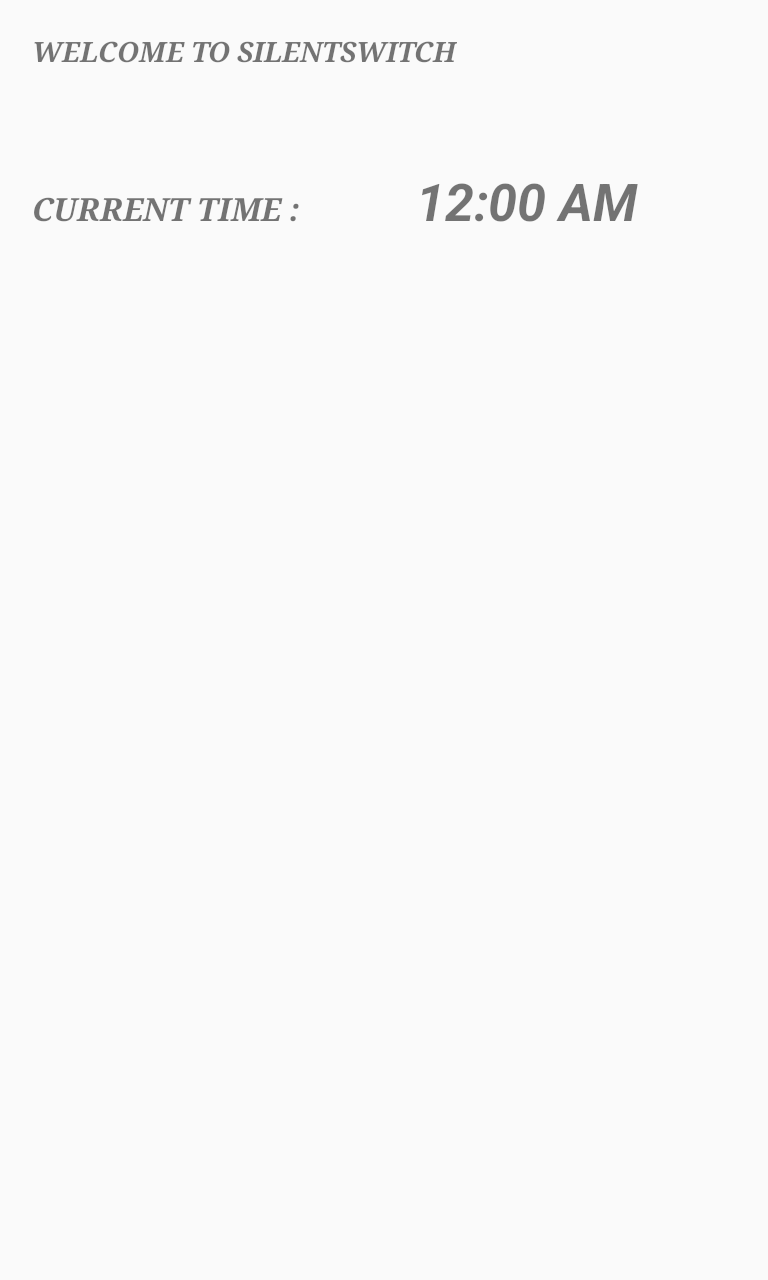
Repository: karakor/SilentSwitch2
Layout: SilentSwitch/res/layout/activity_alarm.xml
The author's editor kept a copy of each file at every save. The layout is drawn from the files as they stood at one save, then again after the next save.
It is drawn on a 768 x 1280 px phone screen (xhdpi) without system bars, with theme AppTheme; the app's code is not run. The app's manifest (not shown) leaves right-to-left support off. So textAlignment, textDirection and layoutDirection are ignored, and left and right values win over start and end ones.

Above is the layout before, as saved 2015-03-02 11:01:52.

### SilentSwitch/res/layout/activity_alarm.xml
<RelativeLayout xmlns:android="http://schemas.android.com/apk/res/android"
    xmlns:tools="http://schemas.android.com/tools"
    android:layout_width="match_parent"
    android:layout_height="match_parent"
    android:paddingBottom="@dimen/activity_vertical_margin"
    android:paddingLeft="@dimen/activity_horizontal_margin"
    android:paddingRight="@dimen/activity_horizontal_margin"
    android:paddingTop="@dimen/activity_vertical_margin"
    tools:context="com.example.silentswitch.AlarmScreen" >

    <TextView
        android:id="@+id/textView1"
        android:layout_width="wrap_content"
        android:layout_height="wrap_content"
        android:text="@string/hello_world"
        android:textStyle="bold|italic"
        android:typeface="serif"  />

    <TextView
        android:id="@+id/current_time"
        android:layout_width="wrap_content"
        android:layout_height="wrap_content"
        android:layout_alignBaseline="@+id/digitalClock1"
        android:layout_alignBottom="@+id/digitalClock1"
        android:layout_alignLeft="@+id/textView1"
        android:text="@string/current_txt"
        android:textAppearance="?android:attr/textAppearanceSmall"
        android:textSize="16sp"
        android:textStyle="bold|italic"
        android:typeface="serif" />

    <DigitalClock
        android:id="@+id/digitalClock1"
        android:layout_width="wrap_content"
        android:layout_height="wrap_content"
        android:layout_alignParentRight="true"
        android:layout_below="@+id/textView1"
        android:layout_marginTop="48dp"
        android:digits="8"
        android:text="@string/digital_clc"
        android:textAlignment="center"
        android:textStyle="bold|italic"
        android:textSize="26sp"
        android:width="160dp" />

</RelativeLayout>

### SilentSwitch/res/values/strings.xml
<?xml version="1.0" encoding="utf-8"?>
<resources>

    <string name="app_name">SilentSwitch</string>
    <string name="hello_world">WELCOME TO SILENTSWITCH</string>
    <string name="action_settings">Settings</string>
    <string name="Alarm_btn">ALARM</string>
    <string name="Map_btn">MAP</string>
    <string name="title_activity_map__screen">Map_Screen</string>
    <string name="btn_City">City</string>
    <string name="str_rb_normal">Normal</string>
    <string name="str_rb_satellite">Satellite</string>
    <string name="menu_settings">Settings</string>
    <string name="str_rb_terrain">Terrain</string>
    <string name="title_activity_alarm_screen">AlarmScreen</string>
    <string name="digital_clc"/>
    <string name="current_txt">CURRENT TIME : </string>

</resources>

Loaded but not shown: SilentSwitch/res/values/styles.xml (common file); SilentSwitch/res/values-v11/styles.xml (common file); SilentSwitch/res/values-v14/styles.xml (common file); SilentSwitch/res/values/dimens.xml (common file); SilentSwitch/res/values-w820dp/dimens.xml (common file)

After the next save:
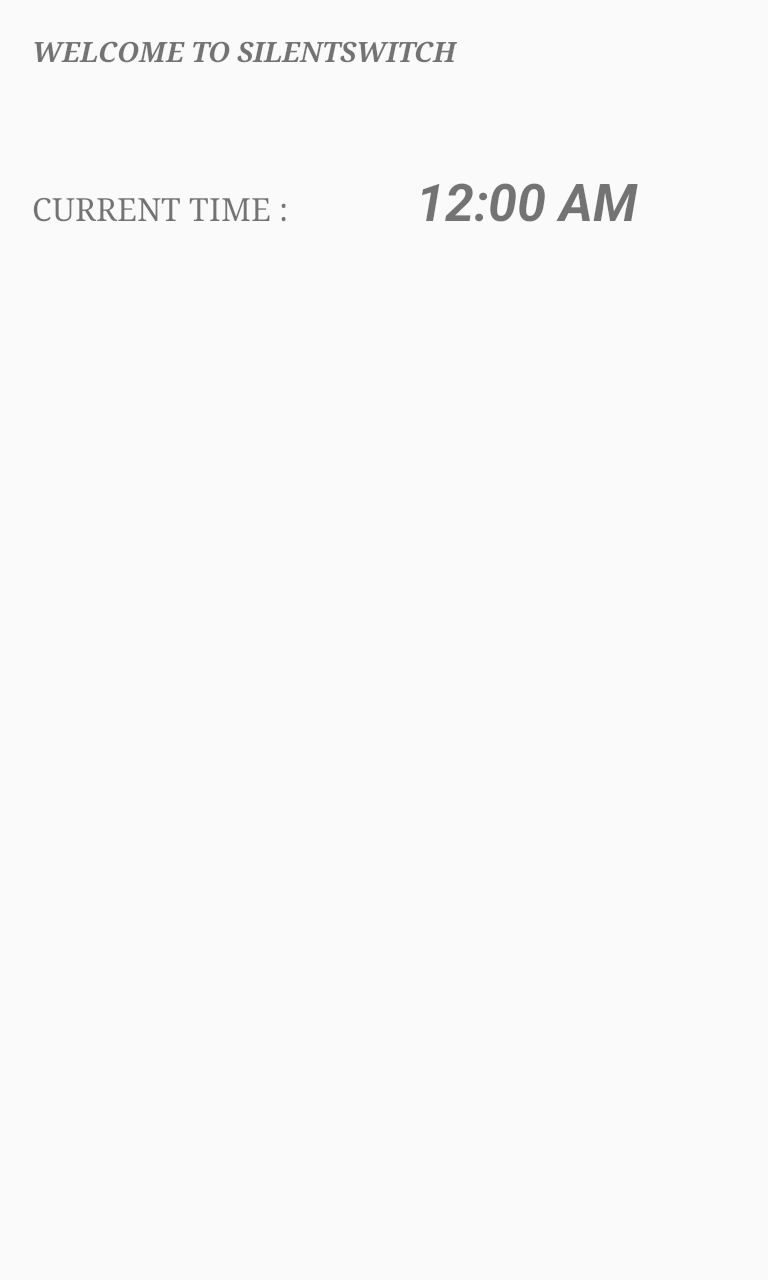
Saved 45 s later.
--- a/SilentSwitch/res/layout/activity_alarm.xml
+++ b/SilentSwitch/res/layout/activity_alarm.xml
@@ -26,7 +26,7 @@
         android:text="@string/current_txt"
         android:textAppearance="?android:attr/textAppearanceSmall"
         android:textSize="16sp"
-        android:textStyle="bold|italic"
+
         android:typeface="serif" />
 
     <DigitalClock
